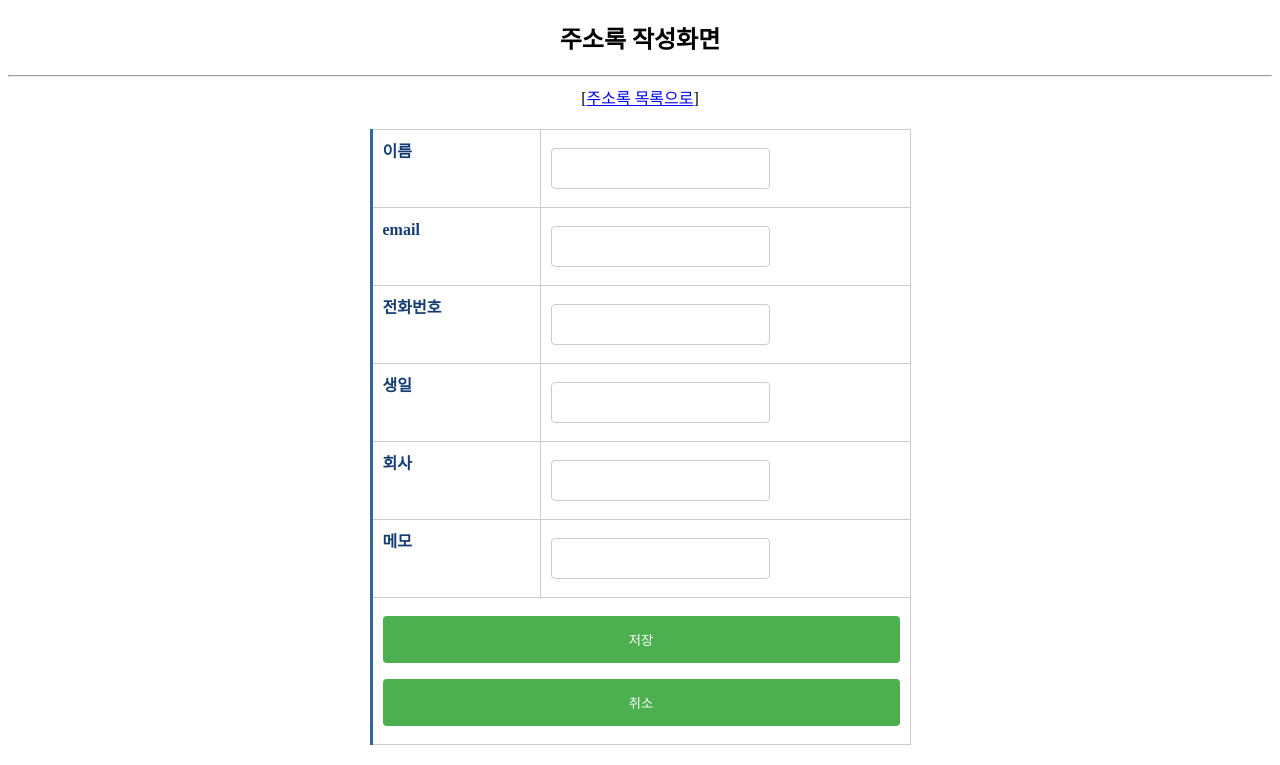
Repository: LeeHyukJe/jsp-bit
Page: http://localhost/jsp3/addrbook/addrbook_form.jsp
The author's editor kept a copy of each file at every save. The page is drawn from the files as they stood at one save, then again after the next save.
The browser window is 1280 px wide. The pictures show the whole page.
The page is served by Tomcat 9. Other server files are loaded and not shown.

Above is the page before, as saved 2017-09-20 05:05:40.

### jsp3/WebContent/addrbook/addrbook_form.jsp
<%@ page language="java" contentType="text/html; charset=UTF-8"
	pageEncoding="UTF-8" errorPage="addrbook_error.jsp"%>
<!DOCTYPE html PUBLIC "-//W3C//DTD HTML 4.01 Transitional//EN" "http://www.w3.org/TR/html4/loose.dtd">
<html>
<head>
<meta http-equiv="Content-Type" content="text/html; charset=UTF-8">
<title>주소록 작성 화면</title>
<link rel="stylesheet" href="login_css.css" media="screen">
	<style>
		table,input[type="text"]{
			width:auto;
			heigth:400px;
		}
	</style>
</head>
<body>
	<div align="center">
    <h2>주소록 작성화면</h2>
    <hr>
    [<a href=addrbook_list.jsp>주소록 목록으로</a>]
    <p>
    <form name="form1" method="post" action="addrbook_control.jsp">
        <input type="hidden" name="action" value="insert">
        <table border="1" class="type03">
            <tr>
                <th>이름</th>
                <td><input type="text" name="ab_name" maxlength="15"></td>
            </tr>
            <tr>
                <th>email</th>
                <td><input type="text" name="ab_email" maxlength="20"></td>
            </tr>
            <tr>
                <th>전화번호</th>
                <td><input type="text" name="ab_tel" maxlength="20"></td>
            </tr>
            <tr>
                <th>생일</th>
                <td><input type="text" name="ab_birth"></td>
            </tr>
            <tr>
                <th>회사</th>
                <td><input type="text" name="ab_comdept" maxlength="20"></td>
            </tr>
            <tr>
                <th>메모</th>
                <td><input type="text" name="ab_memo"></td>
            </tr>
            <tr>
                <td colspan="2" align="center"><input type="submit" value="저장">
                    <input type="reset" value="취소"></td>
            </tr>
        </table>
    </form>
</div>
</body>
</html>

### jsp3/WebContent/addrbook/login_css.css
input[type=text],input[type=password],select{
    width: 100%;
    padding:12px 20px;
    margin:8px 0;
    display: inline-block;
    border:1px solid #ccc;
    border-radius: 4px;
    box-sizing: border-box;
}

input[type=submit],input[type=reset]{
    width:100%;
    background-color: #4CAF50;
    color: white;
    padding:14px 20px;
    margin:8px 0;
    border:none;
    border-radius: 4px;
    cursor: pointer;
}

input[type=submit]:hover, input[type=reset]:hover{
    background-color: #45a049;
}

table.type03{
    border-collapse:collapse;
    text-align: left;
    line-height: 1.5;
    border-top:1px solid #ccc;
    border-left:3px solid #369;
    margin:20px 10px;
}

table.type03 th{
    width:147px;
    padding:10px;
    font-weight:bold;
    vertical-align: top;
    color: #153d73;
    border-right:1px solid #ccc;
    border-bottom: 1px solid #ccc;
}

table.type03 td{
    width: 349px;
    padding:10px;
    vertical-align: top;
    border-right:1px solid #ccc;
    border-bottom: 1px solid #ccc;
}

After the next save:
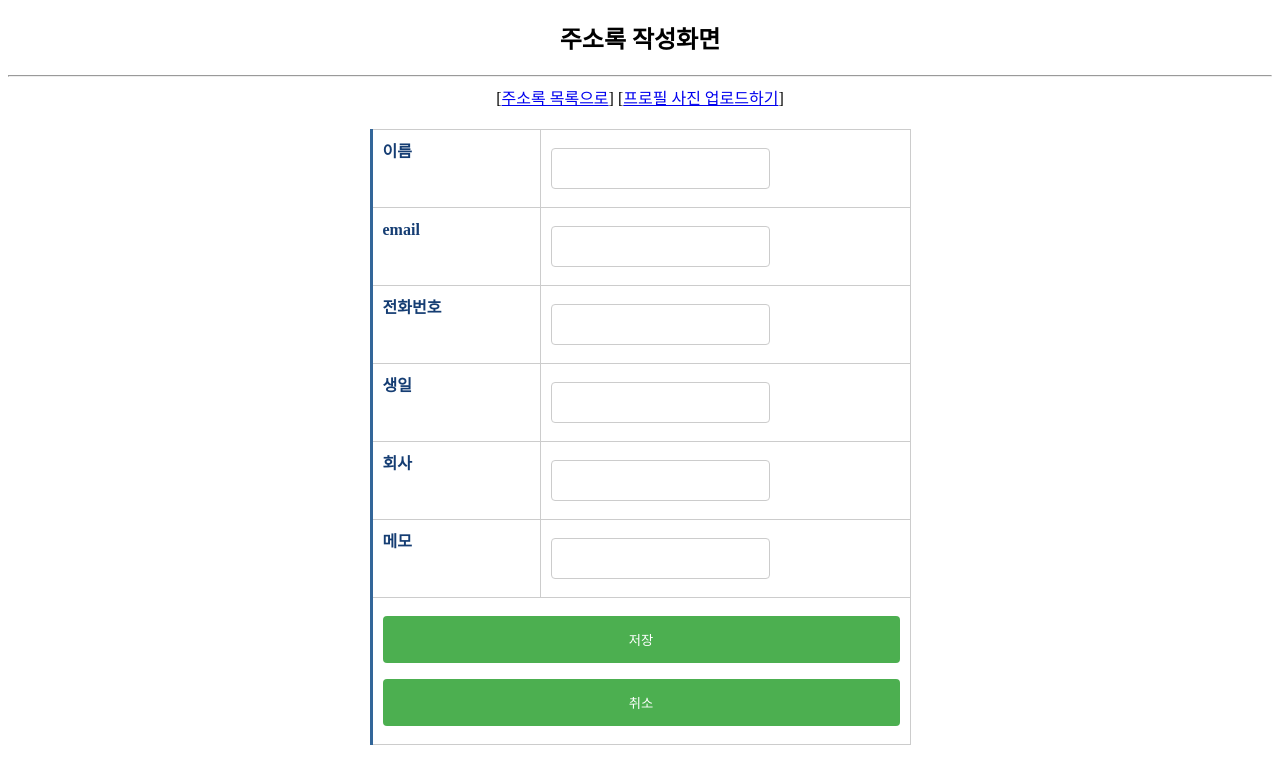
Saved 6 min 30 s later.
--- a/jsp3/WebContent/addrbook/addrbook_form.jsp
+++ b/jsp3/WebContent/addrbook/addrbook_form.jsp
@@ -18,6 +18,7 @@
     <h2>주소록 작성화면</h2>
     <hr>
     [<a href=addrbook_list.jsp>주소록 목록으로</a>]
+    [<a href="Profile_pic.jsp">프로필 사진 업로드하기</a>]
     <p>
     <form name="form1" method="post" action="addrbook_control.jsp">
         <input type="hidden" name="action" value="insert">
